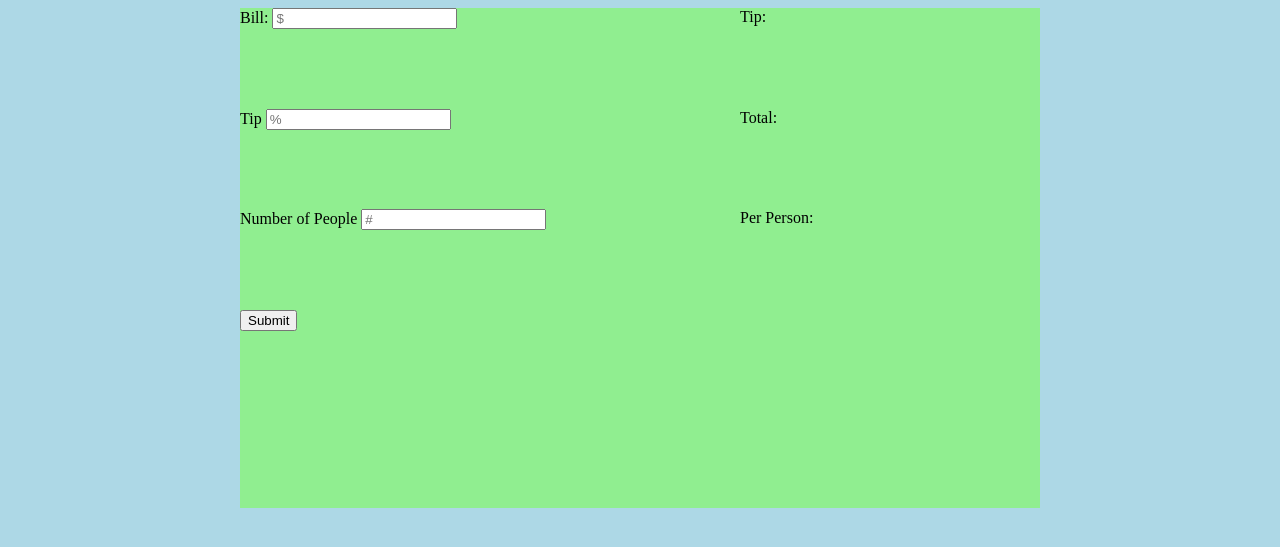
Repository: SamirIngley/Tip-Calculator
Page: tip_display.html
An editor plug-in stored every save of this project. The page is shown before and after the next save, followed by the edit.
The browser window is 1280 px wide. The pictures show the whole page.

Above is the page before, as saved 2020-02-13 10:03:18.

### tip_display.html
<!DOCTYPE html>
<html lang="en">
<head>
    <meta charset="UTF-8">
    <meta name="viewport" content="width=device-width, initial-scale=1.0">
    <meta http-equiv="X-UA-Compatible" content="ie=edge">
    <link href="style.css" rel="stylesheet">
    <title>Tip Calculator</title>
</head>
<body>

    <form id='form' class='form'>
        <div class='bill'>
            <label>Bill:</label>
            <input id='bill' type="number" name="bill" placeholder="$">
        </div>
        <br>
        <div class='tip'>
            <label>Tip</label>
            <input id='tip' type="number" name="tip" placeholder="%">
        </div>
        <br>
        <div class='numppl'>
            <label>Number of People</label>
            <input id='numppl' type="number" name="numppl" placeholder="#">
        </div>
        <br>
        <div class='submit'>
            <input type="submit" name="submit" value="Submit">
        </div>

        <div id='tip-display' class="tip-disp">
            Tip:
        </div>

        <div id='total-display' class="total-disp">
            Total:
        </div>

        <div id='total-pp-display' class="pp-disp">
            Per Person:
        </div>

    </div>

</body>



    <script>

        const inputBill = document.getElementById('bill')
        const inputTip = document.getElementById('tip')
        const inputNumppl = document.getElementById('numppl')
        const form = document.getElementById('form')
        const displayTip = document.getElementById('tip-display')
        const displayTotal = document.getElementById('total-display')
        const displayTotalPP = document.getElementById('total-pp-display')


        function calculateTip() {

            const bill = parseInt(inputBill.value)
            const people = inputNumppl.value
            const percent = inputTip.value
            const tip = bill * percent / 100
            const total = bill + tip
            const totalPP = total / people
            console.log(bill)
            console.log(percent)
            console.log(total)
            console.log(tip)
            console.log(people)
            console.log(totalPP)

            displayTip.innerHTML = `Tip: $${tip.toFixed(2)}`
            displayTotal.innerHTML = `Total: $${total.toFixed(2)}`
            displayTotalPP.innerHTML = `Per Person: $${totalPP.toFixed(2)}`
        }



        form.addEventListener("submit", function(e) {
            e.preventDefault()
            calculateTip()
        })

        // inputBill.addEventListnener('change', function(e) {
        //     console.log(inputBill.value)
        //     const newBillAMount = parseFloat(e.target.value)

        // })

    </script>



</body>
</html>

### style.css
body {
    background-color: lightblue;
    justify-content: center;
    align-items: center;
    /* margin: 100px; */
    /* padding: 100px; */
    display: flex;
}

.form {
    background-color: lightgreen;
    display: grid;
    grid-template-columns: 500px 300px;
    /* grid-template-rows: repeat(4, 1fr); */
    height: 500px;
    /* width: 800px; */
    grid-template-areas: "b d"
                         "t y"
                         "n p"
                         "s ."

}


/*
.form {
    display: block;
    font-family: Arial, Helvetica, sans-serif;
    font-size: 36px;
    justify-content: center;
    align-items: center;
    text-align: center;
    margin: 10px;
    padding: 50px;
} */


.bill {
    grid-area: b;
}

.tip {
    grid-area: t;
}

.numppl {
    grid-area: n;
}

.submit {
    grid-area: s;
}


.tip-disp {
    grid-area: d;
}

.total-disp {
    grid-area: y
}

.pp-disp {
    grid-area: p
}

After the next save:
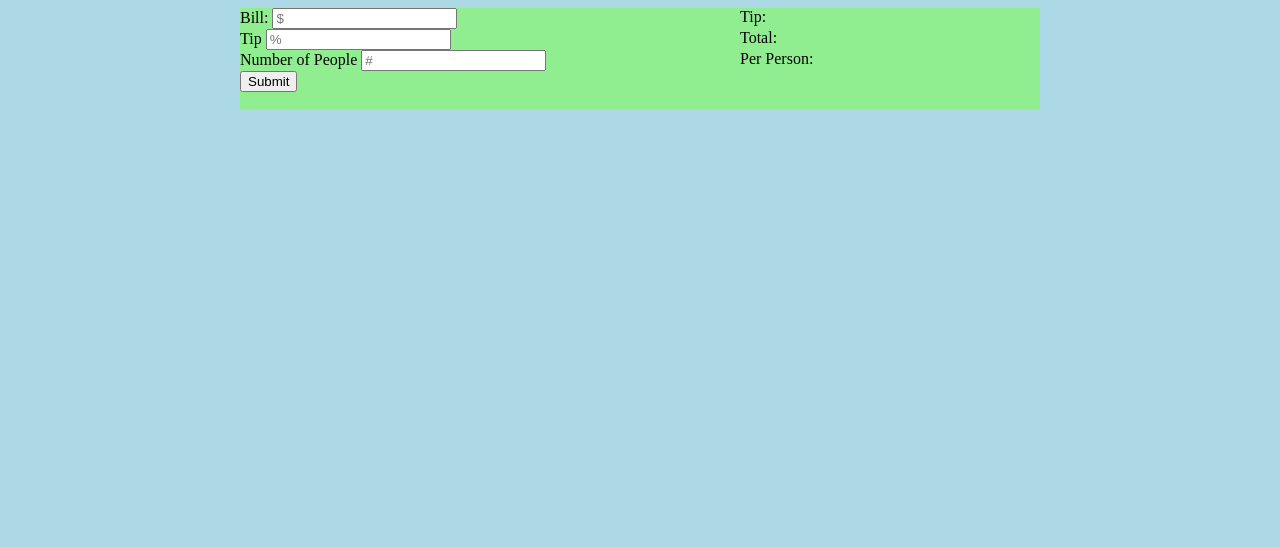
Saved 44 s later.
--- a/style.css
+++ b/style.css
@@ -12,7 +12,7 @@ body {
     display: grid;
     grid-template-columns: 500px 300px;
     /* grid-template-rows: repeat(4, 1fr); */
-    height: 500px;
+    /* height: 500px; */
     /* width: 800px; */
     grid-template-areas: "b d"
                          "t y"
@@ -34,6 +34,9 @@ body {
     padding: 50px;
 } */
 
+.form .div {
+    height: 500px;
+}
 
 .bill {
     grid-area: b;
